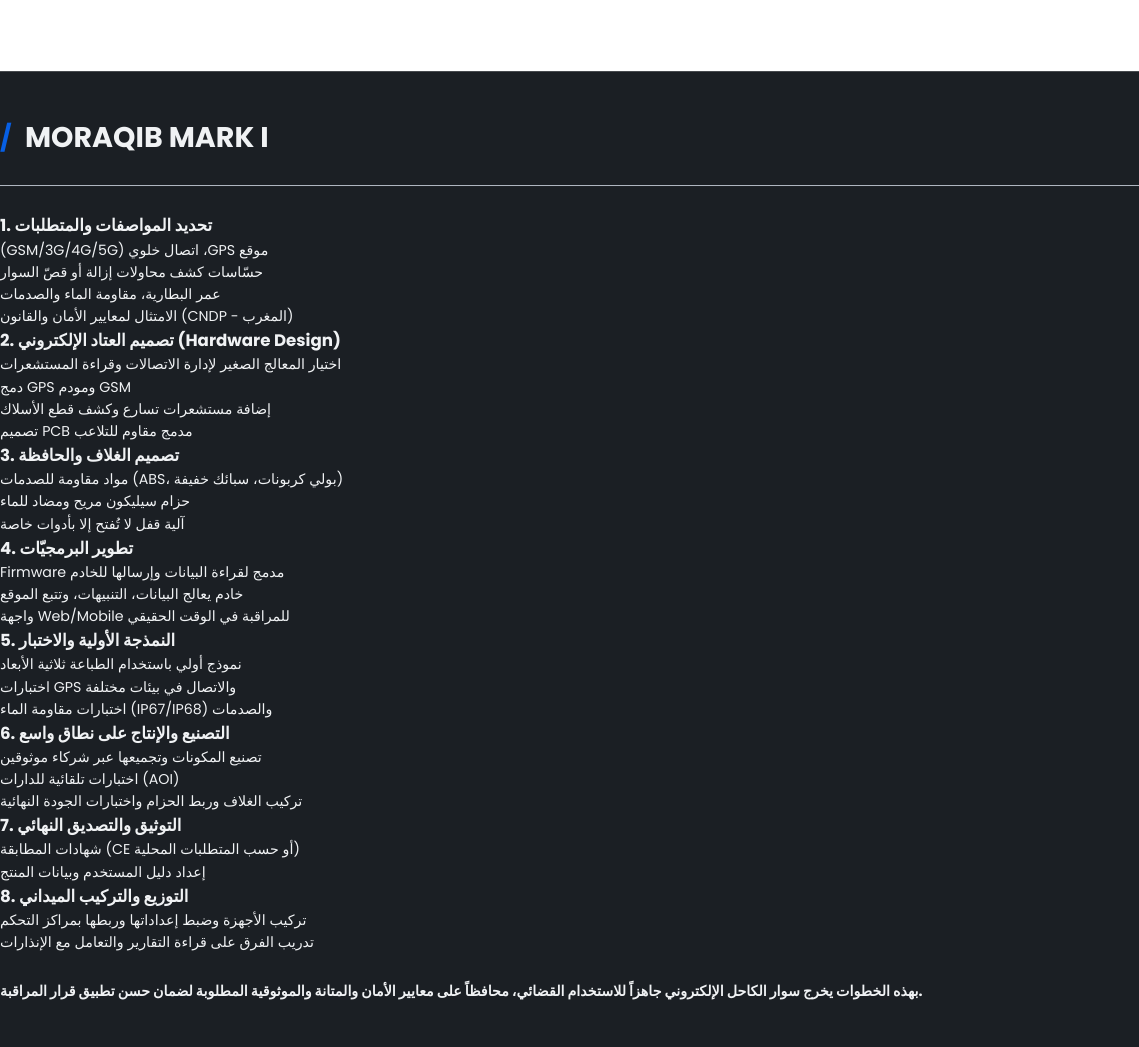
Repository: ayoubgharts/nextjs_protfolio
Page: /tutorials
The author's editor kept a copy of each file at every save. The page is drawn from the files as they stood at one save, then again after the next save.
The browser window is 1280 px wide. The pictures show the whole page, at 89% of full size.
The project was rebuilt for these pictures with package versions that can differ from the ones it lists, and the page was loaded fresh each time. The framework's server and built-in components were replaced by stand-ins that run in the browser. Also part of the build but not shown: next.config.mjs.

Above is the page before, as saved 2025-06-01 00:27:49.

### src/app/tutorials/page.jsx
// pages/tutorials.js
import Link from "next/link";
import styles from "./tutorials.module.css";

import { Container } from "react-bootstrap";

import SectionTitle from "@/components/buttons/section-title/SectionTitle";

export default function Tutorials() {
  return (
    <main className={styles.tutorials}>
      <Container>
        <SectionTitle textContent={"MORAQIB mark I"} />
        <div className={styles.project}>
          <h3>1. تحديد المواصفات والمتطلبات</h3>
          <ul>
            <li className={styles.project_li}>موقع GPS، اتصال خلوي (GSM/3G/4G/5G)</li>
            <li>حسّاسات كشف محاولات إزالة أو قصّ السوار</li>
            <li>عمر البطارية، مقاومة الماء والصدمات</li>
            <li>الامتثال لمعايير الأمان والقانون (CNDP - المغرب)</li>
          </ul>

          <h3>2. تصميم العتاد الإلكتروني (Hardware Design)</h3>
          <ul>
            <li>اختيار المعالج الصغير لإدارة الاتصالات وقراءة المستشعرات</li>
            <li>دمج GPS ومودم GSM</li>
            <li>إضافة مستشعرات تسارع وكشف قطع الأسلاك</li>
            <li>تصميم PCB مدمج مقاوم للتلاعب</li>
          </ul>

          <h3>3. تصميم الغلاف والحافظة</h3>
          <ul>
            <li>مواد مقاومة للصدمات (ABS، بولي كربونات، سبائك خفيفة)</li>
            <li>حزام سيليكون مريح ومضاد للماء</li>
            <li>آلية قفل لا تُفتح إلا بأدوات خاصة</li>
          </ul>

          <h3>4. تطوير البرمجيّات</h3>
          <ul>
            <li>Firmware مدمج لقراءة البيانات وإرسالها للخادم</li>
            <li>خادم يعالج البيانات، التنبيهات، وتتبع الموقع</li>
            <li>واجهة Web/Mobile للمراقبة في الوقت الحقيقي</li>
          </ul>

          <h3>5. النمذجة الأولية والاختبار</h3>
          <ul>
            <li>نموذج أولي باستخدام الطباعة ثلاثية الأبعاد</li>
            <li>اختبارات GPS والاتصال في بيئات مختلفة</li>
            <li>اختبارات مقاومة الماء (IP67/IP68) والصدمات</li>
          </ul>

          <h3>6. التصنيع والإنتاج على نطاق واسع</h3>
          <ul>
            <li>تصنيع المكونات وتجميعها عبر شركاء موثوقين</li>
            <li>اختبارات تلقائية للدارات (AOI)</li>
            <li>تركيب الغلاف وربط الحزام واختبارات الجودة النهائية</li>
          </ul>

          <h3>7. التوثيق والتصديق النهائي</h3>
          <ul>
            <li>شهادات المطابقة (CE أو حسب المتطلبات المحلية)</li>
            <li>إعداد دليل المستخدم وبيانات المنتج</li>
          </ul>

          <h3>8. التوزيع والتركيب الميداني</h3>
          <ul>
            <li>تركيب الأجهزة وضبط إعداداتها وربطها بمراكز التحكم</li>
            <li>تدريب الفرق على قراءة التقارير والتعامل مع الإنذارات</li>
          </ul>

          <p style={{ marginTop: "30px" }}>
            <strong>
              بهذه الخطوات يخرج سوار الكاحل الإلكتروني جاهزاً للاستخدام القضائي، محافظاً على
              معايير الأمان والمتانة والموثوقية المطلوبة لضمان حسن تطبيق قرار المراقبة.
            </strong>
          </p>
        </div>
      </Container>
    </main>
  );
}

### src/app/globals.css

/*? import google font 'Poppins' */
@import url('https://fonts.googleapis.com/css2?family=Poppins:wght@100;200;300;400;500;600;700&family=Raleway:ital,wght@0,100..900;1,100..900&display=swap');

/*? all variables */
:root {
  /*. Web colors vars */
  --dark:      #1b1f24;
  --dark-fixed:      #1b1f24;
  --dark-300:  #23282f;
  --dark-400:  #2b323b;
  --dark-300-opacity:  #23282fab;
  --dark-400-opacity:  #2b323bb0;
  --dark-300-fixed:#282c31;
  --dark-500:  #333c47;
  --dark-600:  #4d5a6a;
  --dark-700:  #778392;
  --dark-800:  #9da6b3;

  --light:     #f0f2f4;
  --light-fixed:     #f0f2f4;
  --light-300: #454649;
  --light-400: #c3cad5;
  --light-500: #8895aa;

  --primary:   #075fe4;
  --primary-dark:   #12499c;
  --primary-light:   #6b93cf;
  --success:   #11845b;
  --danger:    #c6303e;
  --danger-dark:    #992934;
  --warning:   #fd7e14;

  --purple:    #4c0bce;
  --purple-dark:    #330f7c;
  --violet:    #712cf9;
  --pink:    #f92c8c;
  --yellow:    #ffc107;
  --green:     #198754;
  --teal:      #20c997;
  --cyan:      #0dcaf0;

  /*. Mobile Var Colors */
  --mobile-dark:      #1b1f24;
  --mobile-light:     #f0f2f4;
  --mobile-dark-300:  #23282f;
  --mobile-dark-500:  #333c47;
  --mobile-dark-700:  #778392;



  /*. transitions vars */
  --trans-03: all ease .3s;
  --trans-05: all ease .5s;

  /*. border radius vars */
  --br-8: 8px;
  --br-50: 50px;

  /*. padding global default */
  --container-120: 0 120px;
  --container-60: 0 60px;
  --container-20: 0 20px;

  /*. buttons vars */
  --btn-padding: 10px 25px;
  --btn-font-size: 1.2rem;
  --btn-font-media: 0.9rem;
  --light-btn:#f0f2f4;

}


/* Light mode overrides */
.light-mode {

  /*. web switch colors */
  --dark:       #e0e3e6;
  --dark-300:  #cdd6e2;
  --dark-400:  #c7cfd8;
  --dark-300-opacity:  #b6bfccab;
  --dark-400-opacity:  #b5bfccb0;
  --dark-500:   #c2c8d3;
  --dark-600:  #4d5a6a;
  --dark-700:  #eff3f7;
  --dark-800:  #757c85;

  --light:     #1b1f24;
  --light-300: #dde1e9;
  --light-400: #c3cad5;
  --light-500: #8895aa;

  /*. mobile switch colors */
  --mobile-dark:      #f0f2f4;
  --mobile-light:     #1b1f24;
  --mobile-dark-500:  #b5bcc4;
  --mobile-dark-700:  #778392;
  --mobile-dark-300:  #e4e7ec;
}


/*? Global Styles */
*{
  font-family: "Poppins", sans-serif;
  box-sizing: border-box;
  padding: 0;
  margin: 0;
}

body {
  font-family: "Poppins", sans-serif;
  box-sizing: border-box;
  padding: 0;
  margin: 0;
}

/*? Normalise */
a, Link{
  color: var(--cyan);
  text-decoration: none !important;
}
ul{
  list-style: none;
  margin: 0;
  padding: 0;
}
ul li{
  margin: 0;
  padding: 0;
}
h1, h2, h3, h4, h5{
  margin: 0;
  padding: 0;
}

i{
  margin: 0;
  padding: 0;
}

.container{
  transition: var(--trans-03);
}

### src/app/tutorials/tutorials.module.css

.tutorials{
    margin-top: 80px;
    background: var(--dark);
    padding: 50px 0;
    transition: var(--trans-03);
    text-align: start;
    color: var(--light);
}

.button{
    outline: none;
    border: none;
    background: var(--primary);
    color: var(--light-fixed);
    width: 100%;
    padding: 15px 25px;
    border-radius: 10px;
    margin-top: 30px;
    transition: var(--trans-03);
}

.button:hover{
    background: var(--primary-dark);
}

.project{
    display: flex;
    flex-direction: column;
    align-items: start;
    width: 100%;
}
.project_li{
    direction: rtl;
}

### src/components/buttons/section-title/SectionTitle.jsx
import styles from './title.module.css';

export default function SectionTitle({textContent}){
    return(
        <h2 className={styles.h2}>
            {textContent}
        </h2>
    )
}

### src/components/buttons/section-title/title.module.css
.h2{
    font-size: 2rem;
    font-weight: 700;
    text-transform: uppercase;
    color: var(--light);
    width: 100%;
    border-bottom: solid 1.2px var(--light-400);
    margin-bottom: 30px;
    padding-bottom: 30px;
}

.h2::before{
    content: '/';
    color: var(--primary);
    margin-right: 15px;
    font-size: 1.8rem;
}

Loaded but not shown: src/app/layout.js (common file)

After the next save:
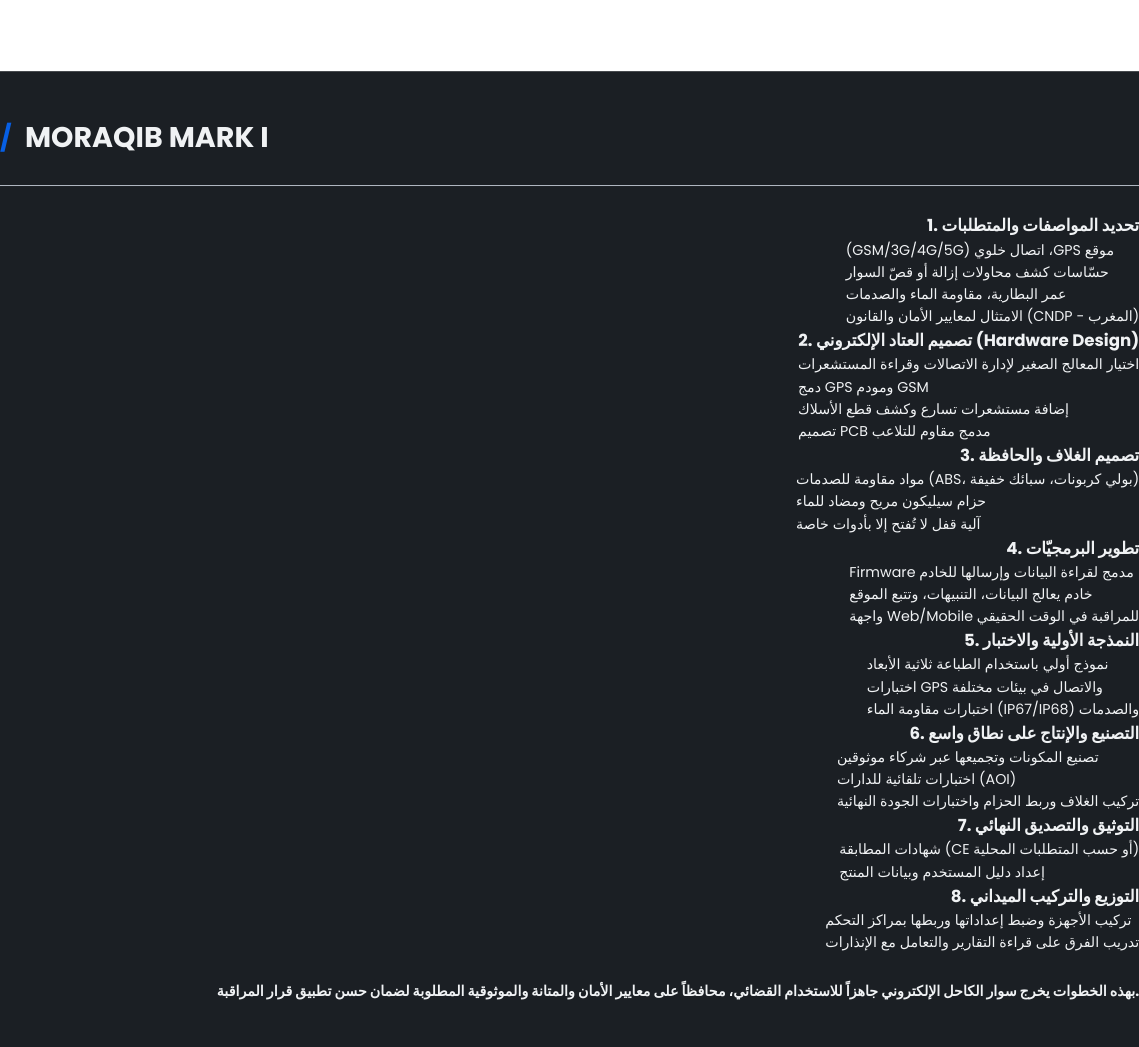
Saved 11 s later.
--- a/src/app/tutorials/tutorials.module.css
+++ b/src/app/tutorials/tutorials.module.css
@@ -27,7 +27,7 @@
 .project{
     display: flex;
     flex-direction: column;
-    align-items: start;
+    align-items: end;
     width: 100%;
 }
 .project_li{
